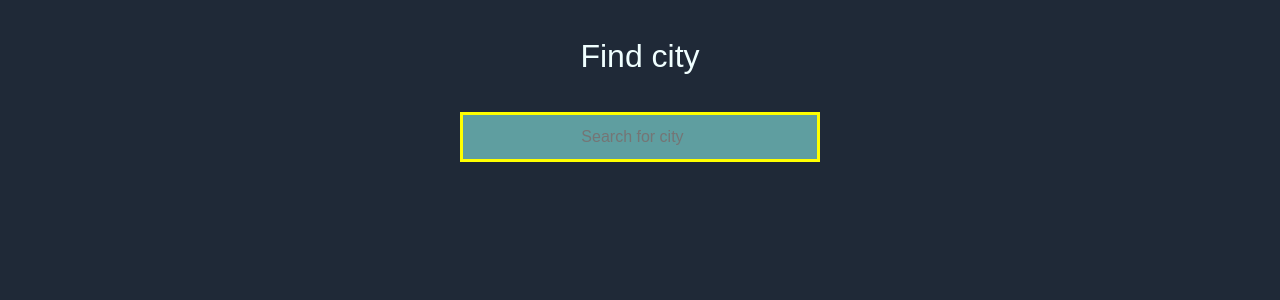
Repository: dung8466/Javascript30
Page: Pratice axios/index.html
These files come from the project's save history. The page is drawn as it stood at one moment and after the next save; the edit follows.
The browser window is 1280 px wide. The pictures show the whole page.

Above is the page before, as saved 2022-07-20 16:15:32.

### Pratice axios/index.html
<!DOCTYPE html>
<html lang="en">
<head>
    <meta charset="UTF-8">
    <meta http-equiv="X-UA-Compatible" content="IE=edge">
    <meta name="viewport" content="width=device-width, initial-scale=1.0">
    <title>Cities</title>
    <link rel="stylesheet" href="style.css">
</head>
<body>
    <header>
        Find city
    </header>

    <main id="container">
        <form action="" id="form">
            <input type="search" name="cityName" placeholder="Search for city" id="input">
            <ul id="citiesList">
            </ul>
        </form>
    </main>

    <script src="app.js"></script>
</body>
</html>

### Pratice axios/style.css
*{
    font-family: Arial, Helvetica, sans-serif;
    font-size: 16px;
    line-height: 1.5;
    padding: 0;
    margin: 0;
    box-sizing: border-box;
}

body{
    background-color: #1f2937;
}

header{
    text-align: center;
    margin: 2rem;
    font-size: 2rem;
    color: azure;
}

#container{
    display: flex;
    flex-direction: column;
    justify-content: center;
    align-items: center;
}

#input{
    text-align: center;
    border: 3px solid yellow;
    background-color: cadetblue;
    min-height: 7vh;
    min-width: 50vh;

}

Loaded but not shown: Pratice axios/app.js (no copy from this time; the picture is the same without it)

After the next save:
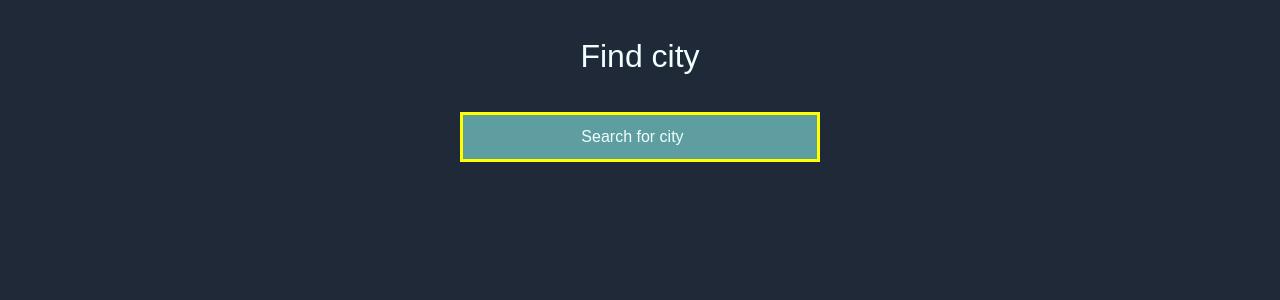
Saved 58 s later.
--- a/Pratice axios/style.css
+++ b/Pratice axios/style.css
@@ -31,5 +31,7 @@ header{
     background-color: cadetblue;
     min-height: 7vh;
     min-width: 50vh;
-
 }
+#input::placeholder{
+    color: azure;
+}
